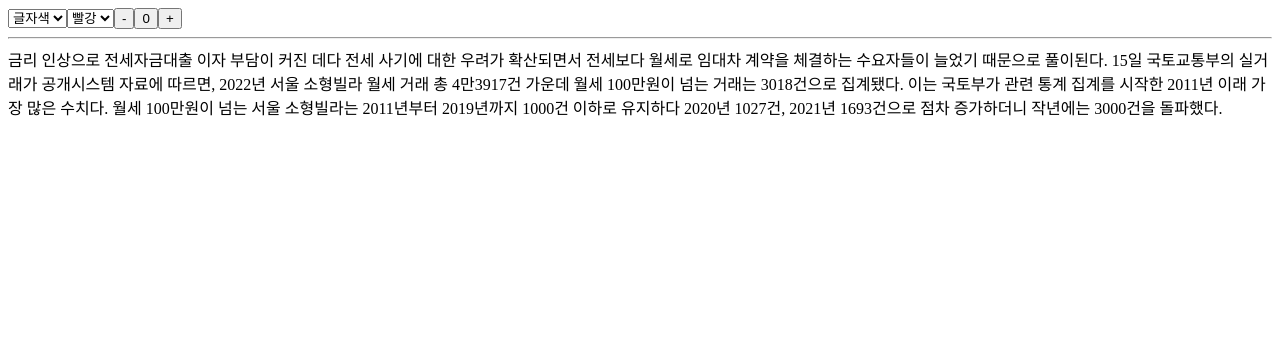
Repository: KangSuA/JSP
Page: webApp/src/main/webapp/jquery/jq11_event_change.html
An editor plug-in stored every save of this project. The page is shown before and after the next save, followed by the edit.
The browser window is 1280 px wide. The pictures show the whole page.

Above is the page before, as saved 2023-02-15 06:06:39.

### webApp/src/main/webapp/jquery/jq11_event_change.html
<!DOCTYPE html>
<html>
<head>
<meta charset="UTF-8">
<title>Insert title here</title>
<script src="https://cdnjs.cloudflare.com/ajax/libs/jquery/3.6.3/jquery.min.js" ></script>
<script>
	$(function(){
		//글자색, 배경색 선택할 수 있는 select태그
		var sel = "<select>";
			sel += "<option value='color'>글자색</option>";
			sel += "<option value='background-color'>배경색</option>";
			sel += "</select>";

		//컬러명
		var rgb = ['rgb(255,0,0)','blue','#0f0','#888','pink','cyan','orange','yellow'];
		var colorName = ['빨강','파랑','초록','회색','분홍','청록','주황','노랑'];

		var colorSel ='<select>';
		rgb.map(function(data, idx){
			colorSel += "<option value='"+data+"'>"+colorName[idx]+"</option>";
		});
		colorSel += "</select>";

		$('#menu').append(sel);
		$('#menu').append(colorSel);

		//colorSel에서 색 선택할 때 이벤트 발생시킨다.
		$('#menu>select:eq(1)').change(function(){
			$("#article").css($("#menu>select:first").val(),$("#menu>select:last").val());
		});

		//글자 크기 설정하는 버튼 추가
		$("#menu").append('<input type="button" value="-"/>');
		$("#menu").append('<input type="button" value="0"/>');
		$("#menu").append('<input type="button" value="+"/>');
	});
</script>
</head>
<body>
<div id='menu'></div>
<hr/>
<div id='article'>
금리 인상으로 전세자금대출 이자 부담이 커진 데다 전세 사기에 대한 우려가 확산되면서 전세보다 월세로 임대차 계약을 체결하는 수요자들이 늘었기 때문으로 풀이된다.
15일 국토교통부의 실거래가 공개시스템 자료에 따르면, 2022년 서울 소형빌라 월세 거래 총 4만3917건 가운데 월세 100만원이 넘는 거래는 3018건으로 집계됐다. 이는 국토부가 관련 통계 집계를 시작한 2011년 이래 가장 많은 수치다.
월세 100만원이 넘는 서울 소형빌라는 2011년부터 2019년까지 1000건 이하로 유지하다 2020년 1027건, 2021년 1693건으로 점차 증가하더니 작년에는 3000건을 돌파했다.
</div>
</body>
</html>

After the next save:
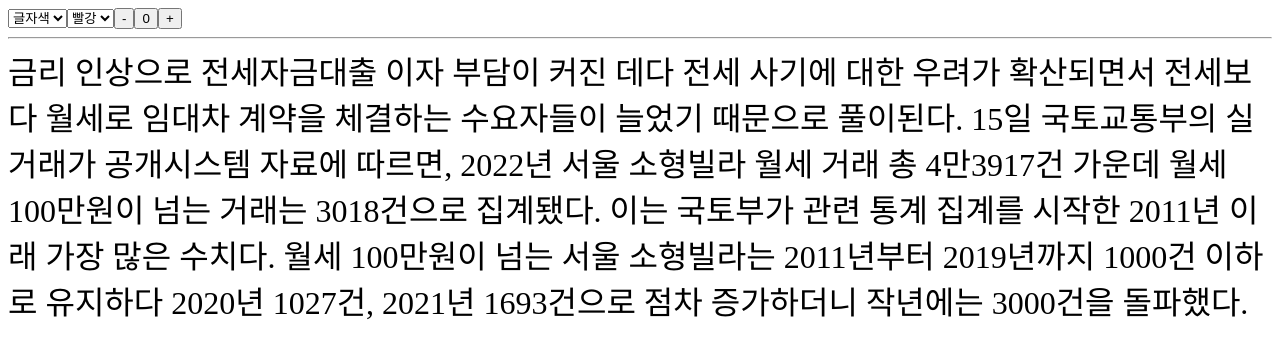
Saved 7 min 58 s later.
--- a/webApp/src/main/webapp/jquery/jq11_event_change.html
+++ b/webApp/src/main/webapp/jquery/jq11_event_change.html
@@ -34,6 +34,22 @@
 		$("#menu").append('<input type="button" value="-"/>');
 		$("#menu").append('<input type="button" value="0"/>');
 		$("#menu").append('<input type="button" value="+"/>');
+
+		$("#menu>input").click(function(){
+			//index() : 이벤트가 발생한 버튼은 input태그들 중에 몇번째 있는지 index를 구한다.
+			var idx = $("#menu>input").index(this);
+
+			if(idx==0){// -버튼선택
+
+			}else if(idx==1){// 0버튼
+
+			}else if(idx==2){// +버튼
+
+			}
+		});
+
+		$('#article').css('font-size','2em'); //pt,px,cm,mm,in,em,...
+		console.log($("#article").css('font-size'));
 	});
 </script>
 </head>

After the save that followed:
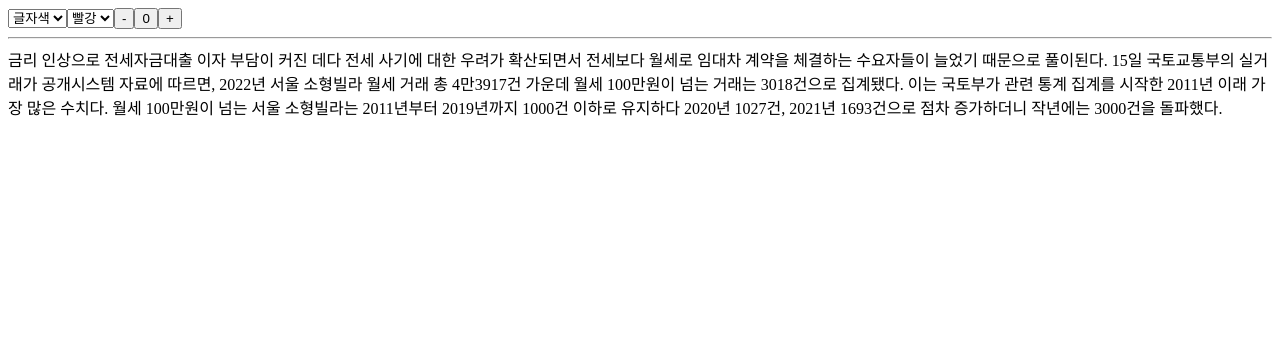
Saved 5 min 22 s later.
--- a/webApp/src/main/webapp/jquery/jq11_event_change.html
+++ b/webApp/src/main/webapp/jquery/jq11_event_change.html
@@ -39,16 +39,20 @@
 			//index() : 이벤트가 발생한 버튼은 input태그들 중에 몇번째 있는지 index를 구한다.
 			var idx = $("#menu>input").index(this);
 
+			//현재 글자 크기
+			var fontSize = parseInt($('#article').css('font-size')); //16px에서 px삭제하고 16만 남음
 			if(idx==0){// -버튼선택
-
+				fontSize--;
 			}else if(idx==1){// 0버튼
-
+				fontSize=16;
 			}else if(idx==2){// +버튼
-
+				fontsize++;
 			}
+			//문자크기 변경하기
+			$('#article').css('font-size',fontSize+'px');
 		});
 
-		$('#article').css('font-size','2em'); //pt,px,cm,mm,in,em,...
+		//$('#article').css('font-size','2em'); //pt,px,cm,mm,in,em,...
 		console.log($("#article").css('font-size'));
 	});
 </script>
